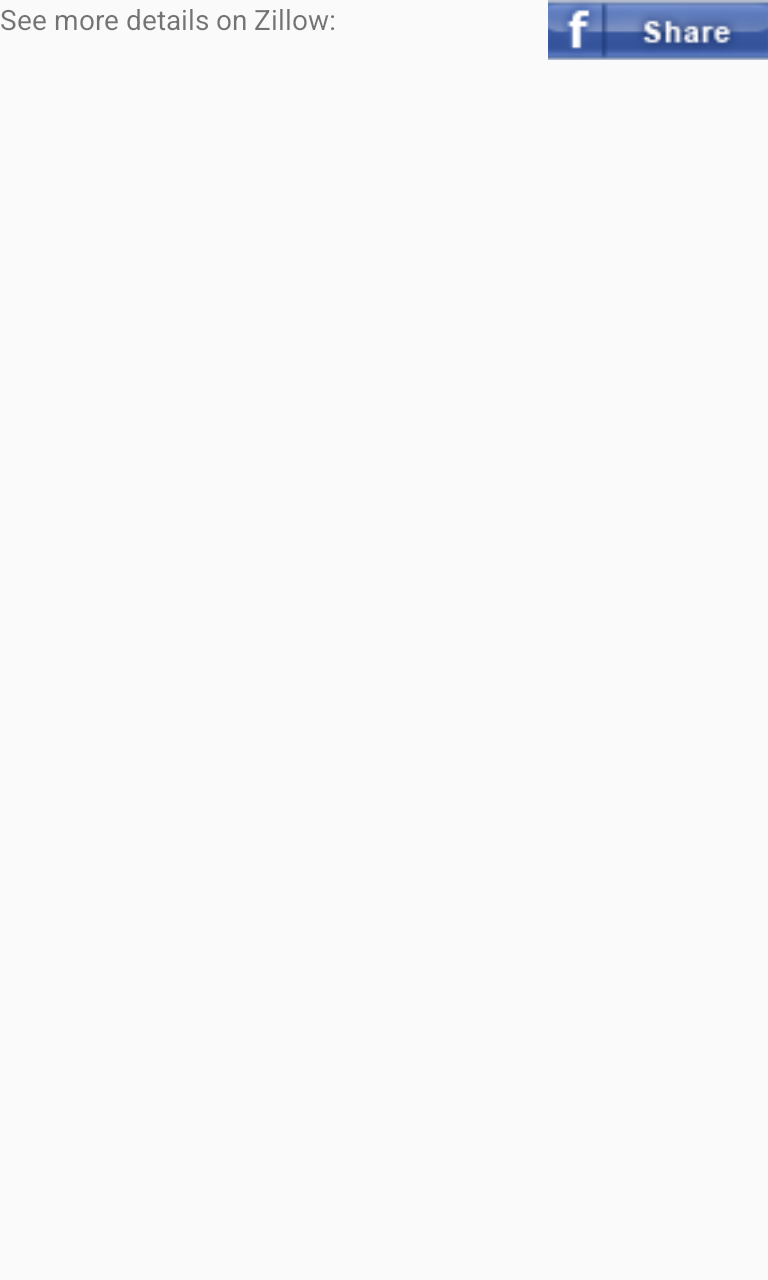
Repository: Warun26/PropertySearch
Layout: PropertySearch/res/layout/basic_info_tab.xml
These files come from the project's save history. The layout is drawn as it stood at one moment and after the next save; the edit follows.
It is drawn on a 768 x 1280 px phone screen (xhdpi) without system bars, with theme AppTheme; the app's code is not run. Lists and similar views that code fills are empty. The app's manifest (not shown) leaves right-to-left support off. So textAlignment, textDirection and layoutDirection are ignored, and left and right values win over start and end ones.

Above is the layout before, as saved 2014-11-20 15:24:42.

### PropertySearch/res/layout/basic_info_tab.xml
<?xml version="1.0" encoding="utf-8"?>
<LinearLayout xmlns:android="http://schemas.android.com/apk/res/android"
    android:id="@+id/tab1"
    android:layout_width="fill_parent"
    android:layout_height="fill_parent"
    android:orientation="vertical" >

    <LinearLayout
        android:layout_width="fill_parent"
        android:layout_height="wrap_content"
        android:orientation="horizontal" >

        <TextView
        android:id="@+id/detailsText"
        android:layout_width="fill_parent"
        android:layout_height="wrap_content"
        android:text="@string/more_details"
        android:layout_weight="1" />

        <ImageButton
        android:id="@+id/facebookButton"
        android:layout_width="220dp"
        android:layout_height="30dp"
        android:src="@drawable/facebook"
        android:layout_weight="1" />


    </LinearLayout>

     <TextView
	     android:id="@+id/homedetails"
	     android:layout_width="fill_parent"
	     android:layout_height="wrap_content"
	     android:padding="3dp"
	     android:textSize="16sp"
	     android:textAlignment="viewStart"
	     android:layout_gravity="start" >
	 </TextView>

    <ListView
        android:layout_width="fill_parent"
        android:layout_height="fill_parent"
        android:id="@+id/BasicPropertyInformation" >
    </ListView>
</LinearLayout>

### PropertySearch/res/values/strings.xml
<?xml version="1.0" encoding="utf-8"?>
<resources>

    <string name="app_name">PropertySearch</string>
    <string name="hello_world">Hello world!</string>
    <string name="action_settings">Settings</string>
    <string name="search">Search</string>
    <string name="title_activity_main">MainActivity</string>
    <string name="form_title">Search Your Property Here</string>
    <string name="street_address">Street Address</string>
    <string name="address">Address*:</string>
    <string name="city_label">City*:</string>
    <string name="city">City</string>
    <string name="state">State*:</string>
    <string name="zillow_image">Zillow Logo</string>
    <string name="error_message">This field is required.</string>
    <string name="body1">body1</string>
    <string name="body2">body2</string>
    <string name="previous">Previous</string>
    <string name="next">Next</string>
    <string name="more_details">See more details on Zillow:</string>
    <string-array name="states">
        <item>Choose State</item>
        <item>AL</item>
        <item>AK</item>
        <item>AZ</item>
        <item>AR</item>
        <item>CA</item>
        <item>CO</item>
        <item>CT</item>
        <item>DE</item>
        <item>DC</item>
        <item>FL</item>
        <item>GA</item>
        <item>HI</item>
        <item>ID</item>
        <item>IL</item>
        <item>IN</item>
        <item>IA</item>
        <item>KS</item>
        <item>KY</item>
        <item>LA</item>
        <item>ME</item>
        <item>MD</item>
        <item>MA</item>
        <item>MI</item>
        <item>MN</item>
        <item>MS</item>
        <item>MO</item>
        <item>MT</item>
        <item>NE</item>
        <item>NV</item>
        <item>NH</item>
        <item>NJ</item>
        <item>NM</item>
        <item>NY</item>
        <item>NC</item>
        <item>ND</item>
        <item>OH</item>
        <item>OK</item>
        <item>OR</item>
        <item>PA</item>
        <item>PA</item>
        <item>RI</item>
        <item>SC</item>
        <item>SD</item>
        <item>TN</item>
        <item>TX</item>
        <item>UT</item>
        <item>VT</item>
        <item>VA</item>
        <item>WA</item>
        <item>WV</item>
        <item>WI</item>
        <item>WY</item>
    </string-array>

    <string name="title_activity_display_property_details">Results from Zillow</string>

</resources>

Loaded but not shown: PropertySearch/res/values/styles.xml (common file); PropertySearch/res/values-v11/styles.xml (common file); PropertySearch/res/values-v14/styles.xml (common file)

After the next save:
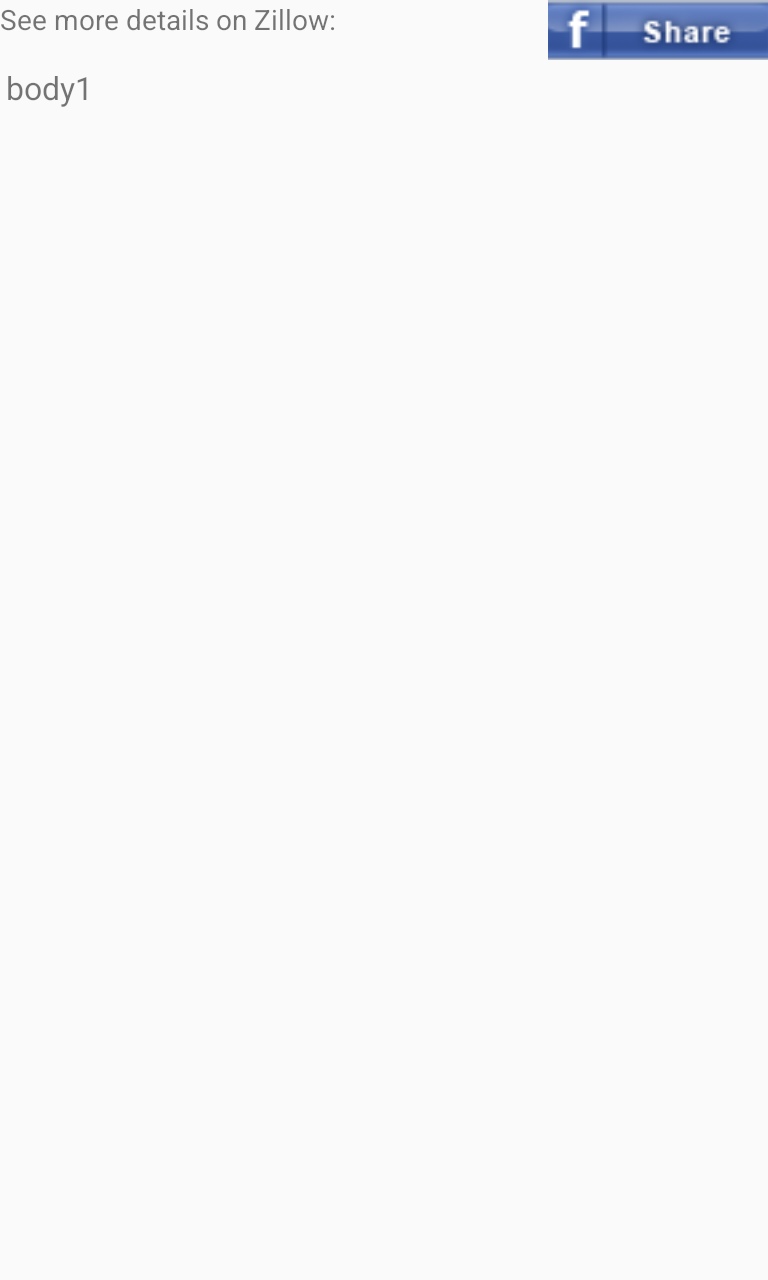
Saved 36 s later.
--- a/PropertySearch/res/layout/basic_info_tab.xml
+++ b/PropertySearch/res/layout/basic_info_tab.xml
@@ -34,7 +34,8 @@
 	     android:padding="3dp"
 	     android:textSize="16sp"
 	     android:textAlignment="viewStart"
-	     android:layout_gravity="start" >
+	     android:layout_gravity="start"
+	     android:text="@string/body1">
 	 </TextView>
 
     <ListView
